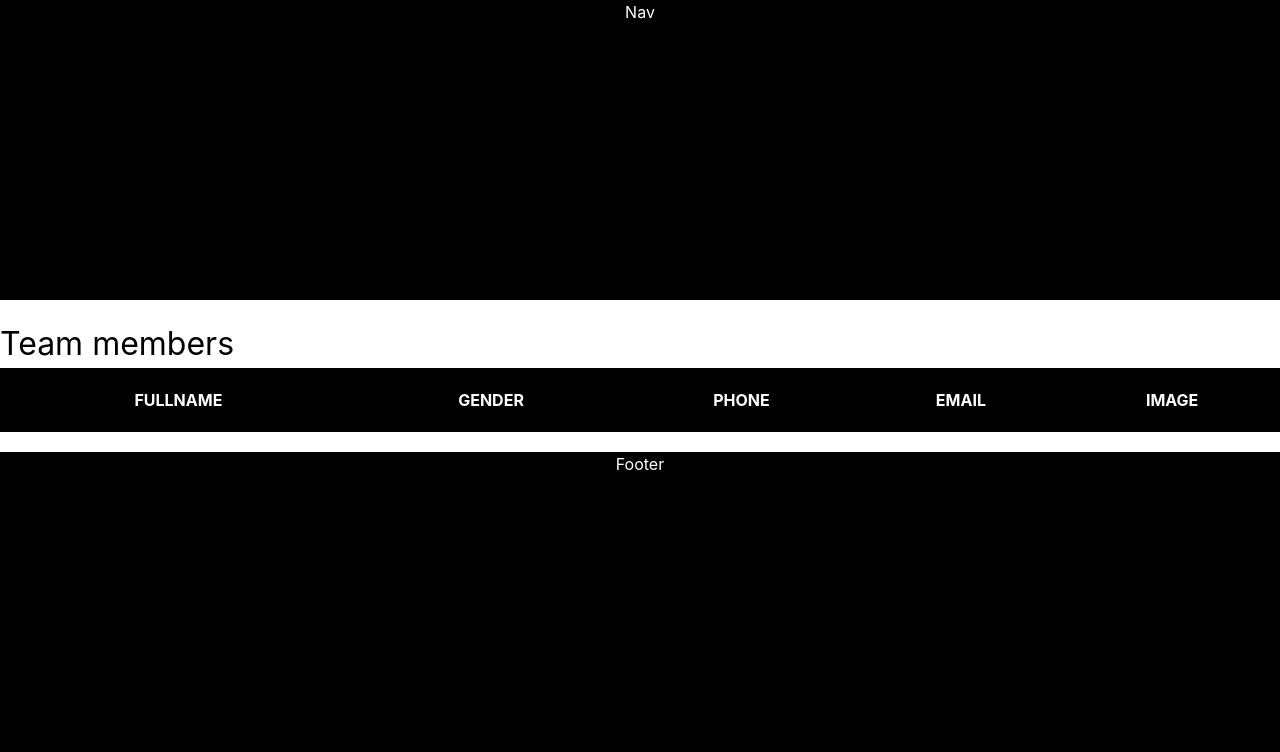
Repository: Eugene44-hub/SHRGroup46-capstone
Page: /members
These files come from the project's save history. The page is drawn as it stood at one moment and after the next save; the edit follows.
The browser window is 1280 px wide. The pictures show the whole page.
The page's requests for data from a server got no answer. The project was rebuilt for these pictures with package versions that can differ from the ones it lists, and the page was loaded fresh each time. No one was signed in, and anything a server would have sent is missing.

Above is the page before, as saved 2022-05-17 13:27:37.

After the next save:
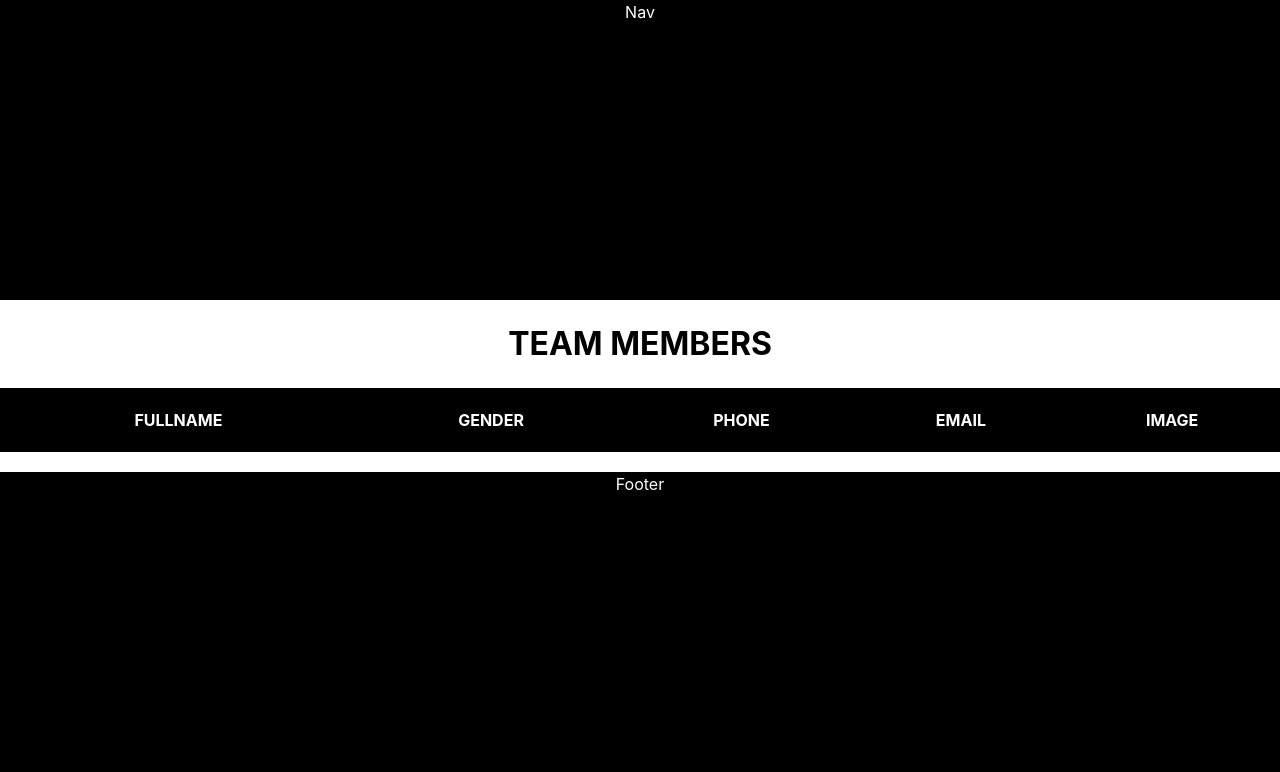
Saved 27 s later.
--- a/src/pages/members/Members.jsx
+++ b/src/pages/members/Members.jsx
@@ -11,7 +11,7 @@ console.log(members);
   return (
     <section className='my-5'>
     <div className='container'>
-    <header className='text-[2rem]'>
+    <header className='text-[2rem] text-center font-bold uppercase mb-5'>
       Team members
     </header>
 <table className='w-full bg-black text-white'>
